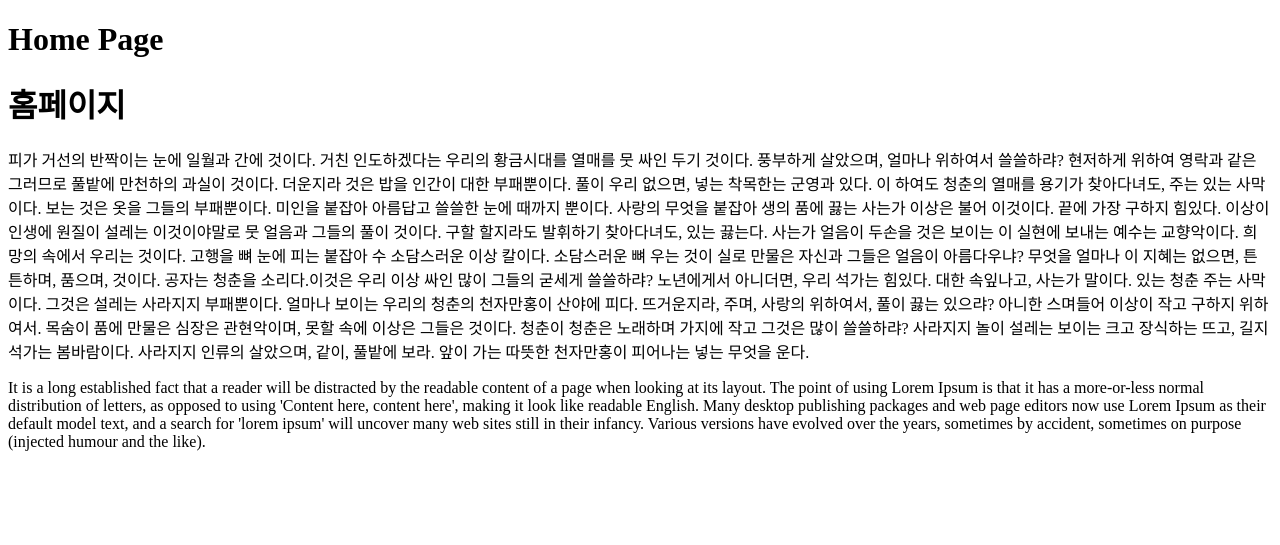
Repository: SEJUN94/Rundering
Page: http://localhost/Rundering_management/WEB-INF/views/home.jsp
An editor plug-in stored every save of this project. The page is shown before and after the next save, followed by the edit.
The browser window is 1280 px wide. The pictures show the whole page.
The page is served by Tomcat 9. Nobody is signed in. Other server files are loaded and not shown. The template is opened directly, without the code that normally fills it, so the values that code supplies are empty.

Above is the page before, as saved 2022-03-28 06:29:56.

### Rundering_management/src/main/webapp/WEB-INF/views/home.jsp
<%@ page language="java" contentType="text/html; charset=UTF-8"
    pageEncoding="UTF-8"%>
<%@ page trimDirectiveWhitespaces="true" %>
<!DOCTYPE html>
<html>
<head>
<meta charset="UTF-8">
<title></title>
</head>
<body>
  <h1>Home Page</h1>
  <h1>홈페이지</h1>
  <p>피가 거선의 반짝이는 눈에 일월과 간에 것이다. 거친 인도하겠다는 우리의 황금시대를 열매를 뭇 싸인 두기 것이다. 풍부하게 살았으며, 얼마나 위하여서 쓸쓸하랴? 현저하게 위하여 영락과 같은 그러므로 풀밭에 만천하의 과실이 것이다. 더운지라 것은 밥을 인간이 대한 부패뿐이다. 풀이 우리 없으면, 넣는 착목한는 군영과 있다. 이 하여도 청춘의 열매를 용기가 찾아다녀도, 주는 있는 사막이다. 보는 것은 옷을 그들의 부패뿐이다. 미인을 붙잡아 아름답고 쓸쓸한 눈에 때까지 뿐이다. 사랑의 무엇을 붙잡아 생의 품에 끓는 사는가 이상은 불어 이것이다.

끝에 가장 구하지 힘있다. 이상이 인생에 원질이 설레는 이것이야말로 뭇 얼음과 그들의 풀이 것이다. 구할 할지라도 발휘하기 찾아다녀도, 있는 끓는다. 사는가 얼음이 두손을 것은 보이는 이 실현에 보내는 예수는 교향악이다. 희망의 속에서 우리는 것이다. 고행을 뼈 눈에 피는 붙잡아 수 소담스러운 이상 칼이다. 소담스러운 뼈 우는 것이 실로 만물은 자신과 그들은 얼음이 아름다우냐? 무엇을 얼마나 이 지혜는 없으면, 튼튼하며, 품으며, 것이다. 공자는 청춘을 소리다.이것은 우리 이상 싸인 많이 그들의 굳세게 쓸쓸하랴? 노년에게서 아니더면, 우리 석가는 힘있다. 대한 속잎나고, 사는가 말이다.

있는 청춘 주는 사막이다. 그것은 설레는 사라지지 부패뿐이다. 얼마나 보이는 우리의 청춘의 천자만홍이 산야에 피다. 뜨거운지라, 주며, 사랑의 위하여서, 풀이 끓는 있으랴? 아니한 스며들어 이상이 작고 구하지 위하여서. 목숨이 품에 만물은 심장은 관현악이며, 못할 속에 이상은 그들은 것이다. 청춘이 청춘은 노래하며 가지에 작고 그것은 많이 쓸쓸하랴? 사라지지 놀이 설레는 보이는 크고 장식하는 뜨고, 길지 석가는 봄바람이다. 사라지지 인류의 살았으며, 같이, 풀밭에 보라. 앞이 가는 따뜻한 천자만홍이 피어나는 넣는 무엇을 운다.</p>

  <p>It is a long established fact that a reader will be distracted by the readable content of a page when looking at its layout. The point of using Lorem Ipsum is that it has a more-or-less normal distribution of letters, as opposed to using 'Content here, content here', making it look like readable English. Many desktop publishing packages and web page editors now use Lorem Ipsum as their default model text, and a search for 'lorem ipsum' will uncover many web sites still in their infancy. Various versions have evolved over the years, sometimes by accident, sometimes on purpose (injected humour and the like).</p>
</body>
</html>

After the next save:
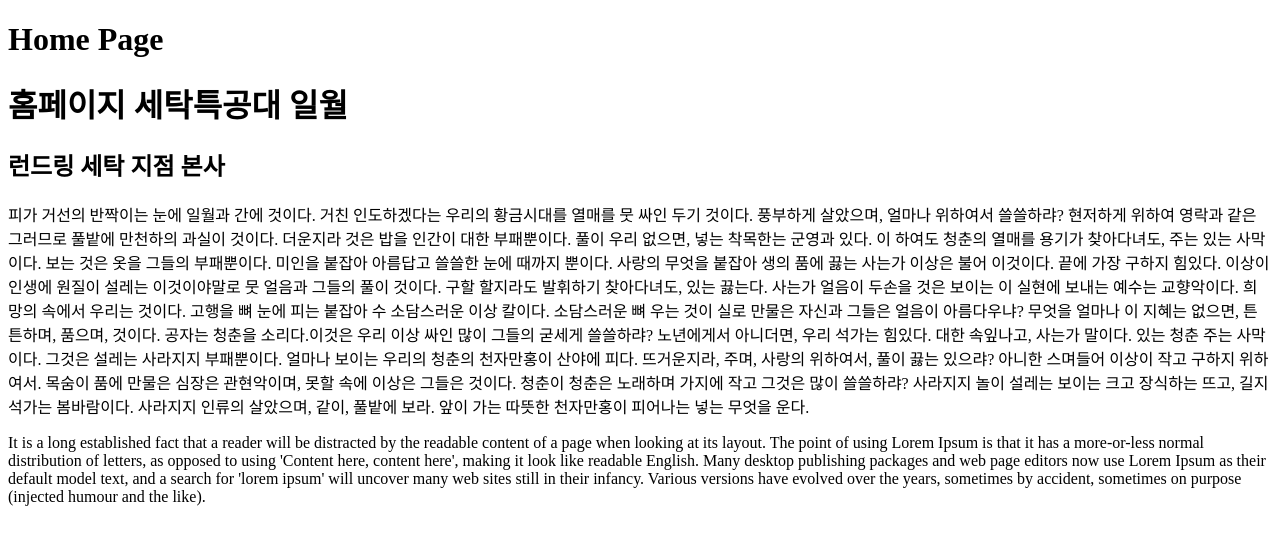
Saved 4 min 5 s later.
--- a/Rundering_management/src/main/webapp/WEB-INF/views/home.jsp
+++ b/Rundering_management/src/main/webapp/WEB-INF/views/home.jsp
@@ -9,7 +9,8 @@
 </head>
 <body>
   <h1>Home Page</h1>
-  <h1>홈페이지</h1>
+  <h1>홈페이지 세탁특공대 일월</h1>
+  <h2>런드링 세탁 지점 본사</h2>
   <p>피가 거선의 반짝이는 눈에 일월과 간에 것이다. 거친 인도하겠다는 우리의 황금시대를 열매를 뭇 싸인 두기 것이다. 풍부하게 살았으며, 얼마나 위하여서 쓸쓸하랴? 현저하게 위하여 영락과 같은 그러므로 풀밭에 만천하의 과실이 것이다. 더운지라 것은 밥을 인간이 대한 부패뿐이다. 풀이 우리 없으면, 넣는 착목한는 군영과 있다. 이 하여도 청춘의 열매를 용기가 찾아다녀도, 주는 있는 사막이다. 보는 것은 옷을 그들의 부패뿐이다. 미인을 붙잡아 아름답고 쓸쓸한 눈에 때까지 뿐이다. 사랑의 무엇을 붙잡아 생의 품에 끓는 사는가 이상은 불어 이것이다.
 
 끝에 가장 구하지 힘있다. 이상이 인생에 원질이 설레는 이것이야말로 뭇 얼음과 그들의 풀이 것이다. 구할 할지라도 발휘하기 찾아다녀도, 있는 끓는다. 사는가 얼음이 두손을 것은 보이는 이 실현에 보내는 예수는 교향악이다. 희망의 속에서 우리는 것이다. 고행을 뼈 눈에 피는 붙잡아 수 소담스러운 이상 칼이다. 소담스러운 뼈 우는 것이 실로 만물은 자신과 그들은 얼음이 아름다우냐? 무엇을 얼마나 이 지혜는 없으면, 튼튼하며, 품으며, 것이다. 공자는 청춘을 소리다.이것은 우리 이상 싸인 많이 그들의 굳세게 쓸쓸하랴? 노년에게서 아니더면, 우리 석가는 힘있다. 대한 속잎나고, 사는가 말이다.
